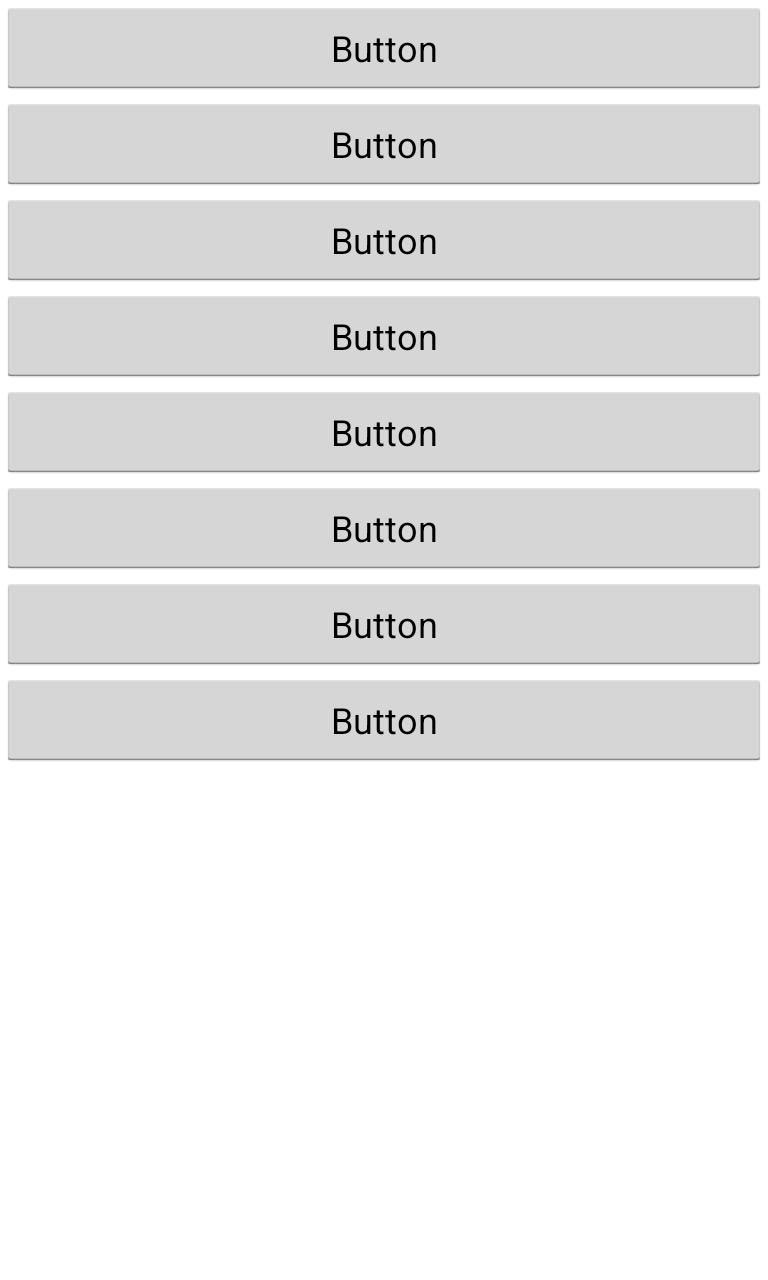
Repository: wissne/mapleproject
Layout: Android/12.Dialog/res/layout/activity_main.xml
These files come from the project's save history. The layout is drawn as it stood at one moment and after the next save; the edit follows.
It is drawn on a 768 x 1280 px phone screen (xhdpi) without system bars, with theme AppTheme; the app's code is not run.

Above is the layout before, as saved 2012-12-11 15:53:02.

### Android/12.Dialog/res/layout/activity_main.xml
<LinearLayout xmlns:android="http://schemas.android.com/apk/res/android"
    xmlns:tools="http://schemas.android.com/tools"
    android:id="@+id/LinearLayout1"
    android:layout_width="match_parent"
    android:layout_height="match_parent"
    android:orientation="vertical" >

    <Button
        android:id="@+id/Button08"
        android:layout_width="match_parent"
        android:layout_height="wrap_content"
        android:text="Button" />

    <Button
        android:id="@+id/Button07"
        android:layout_width="match_parent"
        android:layout_height="wrap_content"
        android:text="Button" />

    <Button
        android:id="@+id/Button06"
        android:layout_width="match_parent"
        android:layout_height="wrap_content"
        android:text="Button" />

    <Button
        android:id="@+id/Button05"
        android:layout_width="match_parent"
        android:layout_height="wrap_content"
        android:text="Button" />

    <Button
        android:id="@+id/Button04"
        android:layout_width="match_parent"
        android:layout_height="wrap_content"
        android:text="Button" />

    <Button
        android:id="@+id/Button03"
        android:layout_width="match_parent"
        android:layout_height="wrap_content"
        android:text="Button" />

    <Button
        android:id="@+id/Button02"
        android:layout_width="match_parent"
        android:layout_height="wrap_content"
        android:text="Button" />

    <Button
        android:id="@+id/Button01"
        android:layout_width="match_parent"
        android:layout_height="wrap_content"
        android:text="Button" />

</LinearLayout>

Loaded but not shown: Android/12.Dialog/res/values-v11/styles.xml (common file); Android/12.Dialog/res/values-v14/styles.xml (common file); Android/12.Dialog/res/values/styles.xml (common file)

After the next save:
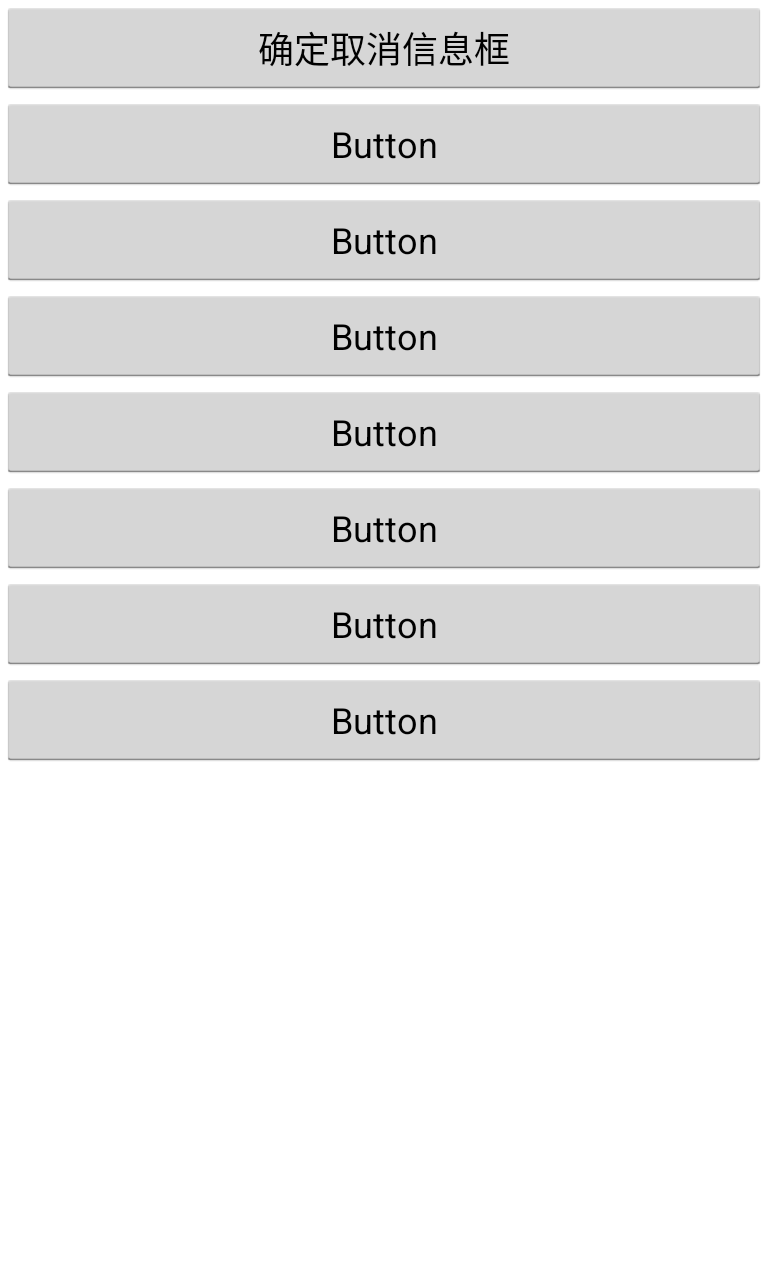
Saved 56 s later.
--- a/Android/12.Dialog/res/layout/activity_main.xml
+++ b/Android/12.Dialog/res/layout/activity_main.xml
@@ -5,11 +5,13 @@
     android:layout_height="match_parent"
     android:orientation="vertical" >
 
+
+
     <Button
         android:id="@+id/Button08"
         android:layout_width="match_parent"
         android:layout_height="wrap_content"
-        android:text="Button" />
+        android:text="确定取消信息框" />
 
     <Button
         android:id="@+id/Button07"
